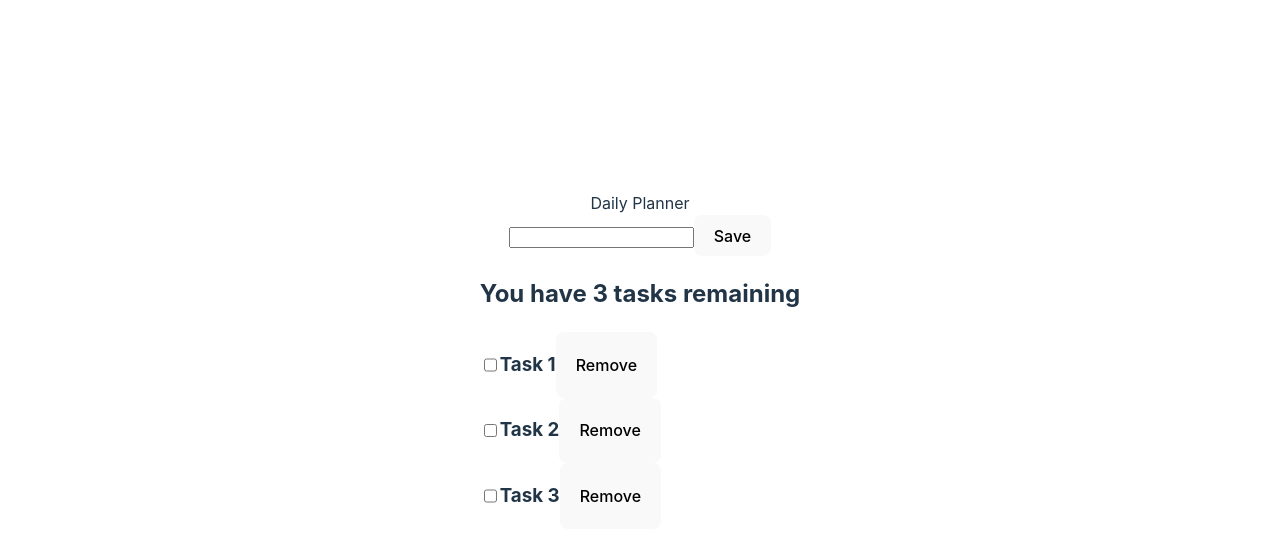
Repository: SamanthaYan298/my_planner
Page: /
These files come from the project's save history. The page is drawn as it stood at one moment and after the next save; the edit follows.
The browser window is 1280 px wide. The pictures show the whole page.
The project was rebuilt for these pictures with package versions that can differ from the ones it lists, and the page was loaded fresh each time. Also part of the build but not shown: vite.config.js.

Above is the page before, as saved 2024-10-07 16:57:58.

### src/App.jsx
import { useState } from 'react'
import './App.css'

function App() {

  return (
    <>
      <header>Daily Planner</header>
      <form>
        <input
          type="text"
        />
        <button className='form-btn'>Save</button>
      </form>
      <h2>You have 3 tasks remaining</h2>
      <div>
        <div className='task-list'>
          <input type="checkbox" />
          <h3>Task 1</h3>
          <button className='task-btn'>Remove</button>
        </div>

        <div className='task-list'>
          <input type="checkbox" />
          <h3>Task 2</h3>
          <button className='task-btn'>Remove</button>
        </div>

        <div className='task-list'>
          <input type="checkbox" />
          <h3>Task 3</h3>
          <button className='task-btn'>Remove</button>
        </div>
      </div>
    </>
  )
}

export default App

### src/App.css
#root {
  max-width: 1280px;
  margin: 0 auto;
  padding: 2rem;
  text-align: center;
}

.task-list {
  display: flex;
  flex-direction: row;
}

.form-btn {
  background-color: ;
}

Loaded but not shown: index.html (common file); src/main.jsx (common file); src/index.css (common file)

After the next save:
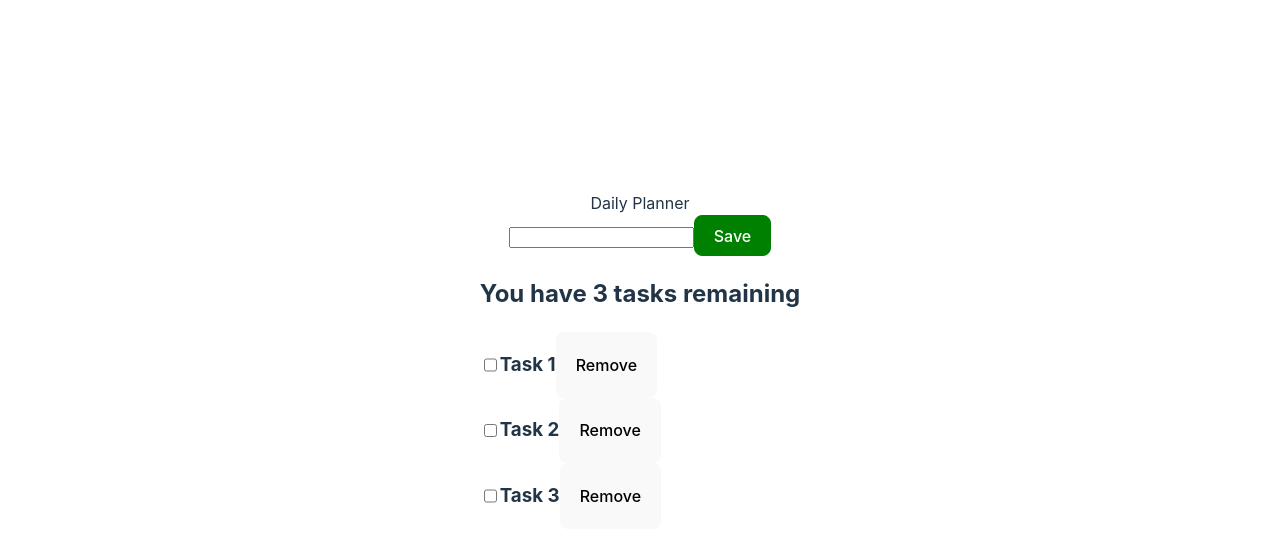
Saved 29 s later.
--- a/src/App.css
+++ b/src/App.css
@@ -11,5 +11,7 @@
 }
 
 .form-btn {
-  background-color: ;
+  background-color: green;
+  border: 1px solid green;
+  color: white;
 }
